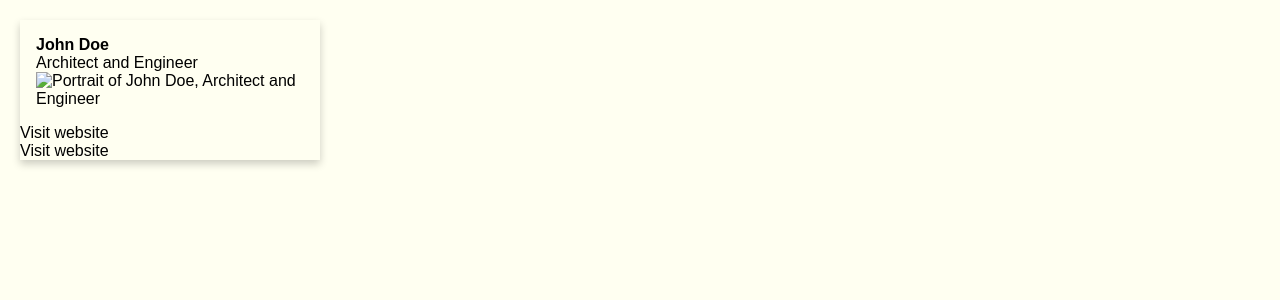
Repository: Muskan1Kumari4draw/React-app-with-concept
Page: /
An editor plug-in stored every save of this project. The page is shown before and after the next save, followed by the edit.
The browser window is 1280 px wide. The pictures show the whole page.
The project was rebuilt for these pictures with package versions that can differ from the ones it lists, and the page was loaded fresh each time.

Above is the page before, as saved 2024-09-29 14:42:14.

### src/App.js
import React from 'react';
import Restaurant from  "./component/Basic/Restaurant";
const App = () => {
  return <Restaurant/> ;
};

export default App

### src/component/Basic/Restaurant.js
import React from 'react';
import "./style.css";
import data from './restaurant.json'
const Restaurant = () => {
  return (
    <>
      <div className="card">
        <div className="container">
          <span className="card-title"><b>John Doe</b></span>
          <p className="description">Architect and Engineer</p>
          <img  alt="Portrait of John Doe, Architect and Engineer" />
        </div>
        {
          data.map((item, index) => (
            <div key={index} className="restaurant-item">
              <h2>{item.name}</h2>
              <p>{item.description}</p>
              <a href={item.url} target="_blank" rel="noopener noreferrer">Visit website</a>
            </div>
          ))

          // Add your own data mapping here

          // Example:
          // <div key={index} className="restaurant-item">
          //   <h2>{item.name}</h2>
          //   <p>{item.description}</p>
          //   <a href={item.url} target="_blank" rel="noopener noreferrer">Visit website</a>
          // </div>

          // End of example data mapping

          // Add more restaurant items as needed

          // Example:
          // <div key={index} className="restaurant-item">
          //   <h2
        }
      </div>
    </>
  );
};

export default Restaurant;

### src/component/Basic/style.css
* {
  margin: 0;
  padding: 0;
  box-sizing: border-box;
}

body {
  background: rgb(255, 255, 241);
  font-family: Arial, sans-serif;
}

/* Navbar Styling */
.navbar {
  margin: auto;
  background: #fff;
  height: 50px;
  box-shadow: 0 4px 8px 0 rgba(0, 0, 0, 0.2);
  display: flex;
  justify-content: center;
  align-items: center;
}

.menu-nav {
  display: flex;
  justify-content: center;
}

.navbar a {
  color: #333;
  text-align: center;
  padding: 14px 16px;
  text-decoration: none;
  font-size: 17px;
  margin: auto;
}

/* Card Styling */
.card {
  box-shadow: 0 4px 8px 0 rgba(0, 0, 0, 0.2);
  transition: 0.3s;
  width: 300px;
  height: auto;
  margin: 20px;
}

.card:hover {
  box-shadow: 0 8px 16px 0 rgba(0, 0, 0, 0.2);
}

.container {
  padding: 16px;
}

.container img {
  width: 100%;
  height: auto;
  display: block;
}

.section-div {
  display: flex;
  flex-wrap: wrap;
  justify-content: center;
  align-items: center;
}

/* Responsive Media Queries */
@media screen and (max-width: 768px) {
  /* Stack the navbar links vertically on small screens */
  .navbar {
    flex-direction: column;
    height: auto;
  }

  .menu-nav {
    flex-direction: column;
  }

  .navbar a {
    padding: 10px;
    font-size: 15px;
    margin: 5px 0;
  }

  /* Adjust card layout on small screens */
  .card {
    width: 90%;
    margin: 10px;
  }

  /* Adjust font size and padding */
  .container {
    padding: 10px;
  }
}

@media screen and (max-width: 480px) {
  /* Further adjustments for very small screens */
  .navbar a {
    font-size: 14px;
    padding: 8px;
  }

  .card {
    width: 100%;
    margin: 10px;
  }

  .container h4 {
    font-size: 18px;
  }

  .container p {
    font-size: 14px;
  }
}  * {
      margin: 0;
      padding: 0;
      box-sizing: border-box;
    }

    body {
      background: rgb(255, 255, 241);
      font-family: Arial, sans-serif;
    }

    /* Navbar Styling */
    .navbar {
      margin: auto;
      background: #fff;
      height: 50px;
      box-shadow: 0 4px 8px 0 rgba(0, 0, 0, 0.2);
      display: flex;
      justify-content: center;
      align-items: center;
    }

    .menu-nav {
      display: flex;
      justify-content: center;
    }

    .navbar a {
      color: #333;
      text-align: center;
      padding: 14px 16px;
      text-decoration: none;
      font-size: 17px;
      margin: auto;
    }

    /* Card Styling */
    .card {
      box-shadow: 0 4px 8px 0 rgba(0, 0, 0, 0.2);
      transition: 0.3s;
      width: 300px;
      height: auto;
      margin: 20px;
    }

    .card:hover {
      box-shadow: 0 8px 16px 0 rgba(0, 0, 0, 0.2);
    }

    .container {
      padding: 16px;
    }

    .container img {
      width: 100%;
      height: auto;
      display: block;
    }

    .section-div {
      display: flex;
      flex-wrap: wrap;
      justify-content: center;
      align-items: center;
    }

    /* Responsive Media Queries */
    @media screen and (max-width: 768px) {
      /* Stack the navbar links vertically on small screens */
      .navbar {
        flex-direction: column;
        height: auto;
      }

      .menu-nav {
        flex-direction: column;
      }

      .navbar a {
        padding: 10px;
        font-size: 15px;
        margin: 5px 0;
      }

      /* Adjust card layout on small screens */
      .card {
        width: 90%;
        margin: 10px;
      }

      /* Adjust font size and padding */
      .container {
        padding: 10px;
      }
    }

    @media screen and (max-width: 480px) {
      /* Further adjustments for very small screens */
      .navbar a {
        font-size: 14px;
        padding: 8px;
      }

      .card {
        width: 100%;
        margin: 10px;
      }

      .container h4 {
        font-size: 18px;
      }

      .container p {
        font-size: 14px;
      }
    }

### src/component/Basic/restaurant.json
[
  {
    "placeName":"delhi",
    "Monument":"TAj Mahal",
    "id":1
  },
  {
    "placeName":"delhi",
    "Monument":"TAj Mahal",
    "id":1
  }
]

Loaded but not shown: public/index.html (common file); src/index.js (common file); src/reportWebVitals.js (common file)

After the next save:
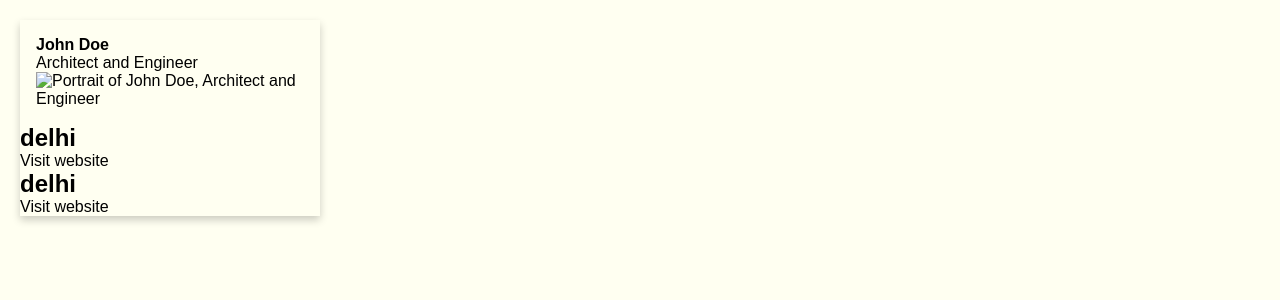
Saved 27 s later.
--- a/src/component/Basic/Restaurant.js
+++ b/src/component/Basic/Restaurant.js
@@ -13,7 +13,7 @@
         {
           data.map((item, index) => (
             <div key={index} className="restaurant-item">
-              <h2>{item.name}</h2>
+              <h2>{item.placeName}</h2>
               <p>{item.description}</p>
               <a href={item.url} target="_blank" rel="noopener noreferrer">Visit website</a>
             </div>
